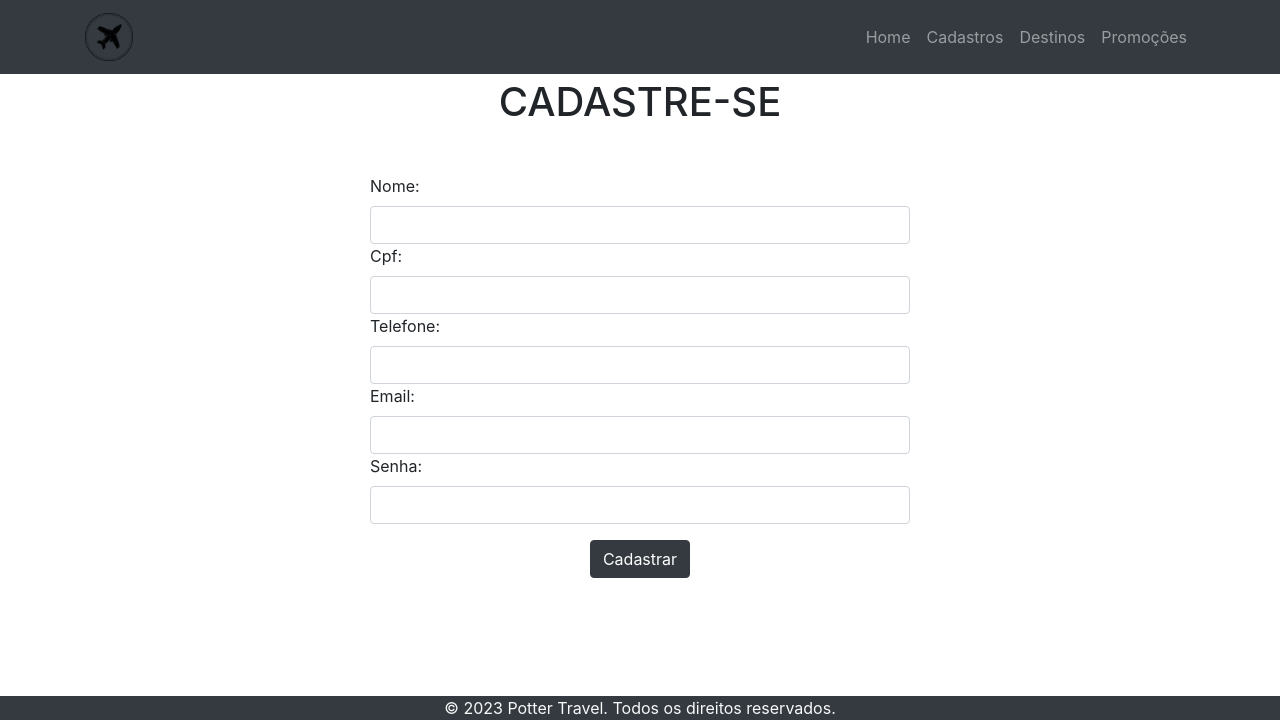
Repository: marcelledssantos/PotterTravel-MVC
Page: http://localhost/PotterTravel-MVC/cadastro.jsp
The author's editor kept a copy of each file at every save. The page is drawn from the files as they stood at one save, then again after the next save.
The browser window is 1280 px wide. The pictures show the whole page.
Some web libraries are served in a nearby version. The page is served by Tomcat 9.

Above is the page before, as saved 2023-11-03 00:03:27.

After the next save:
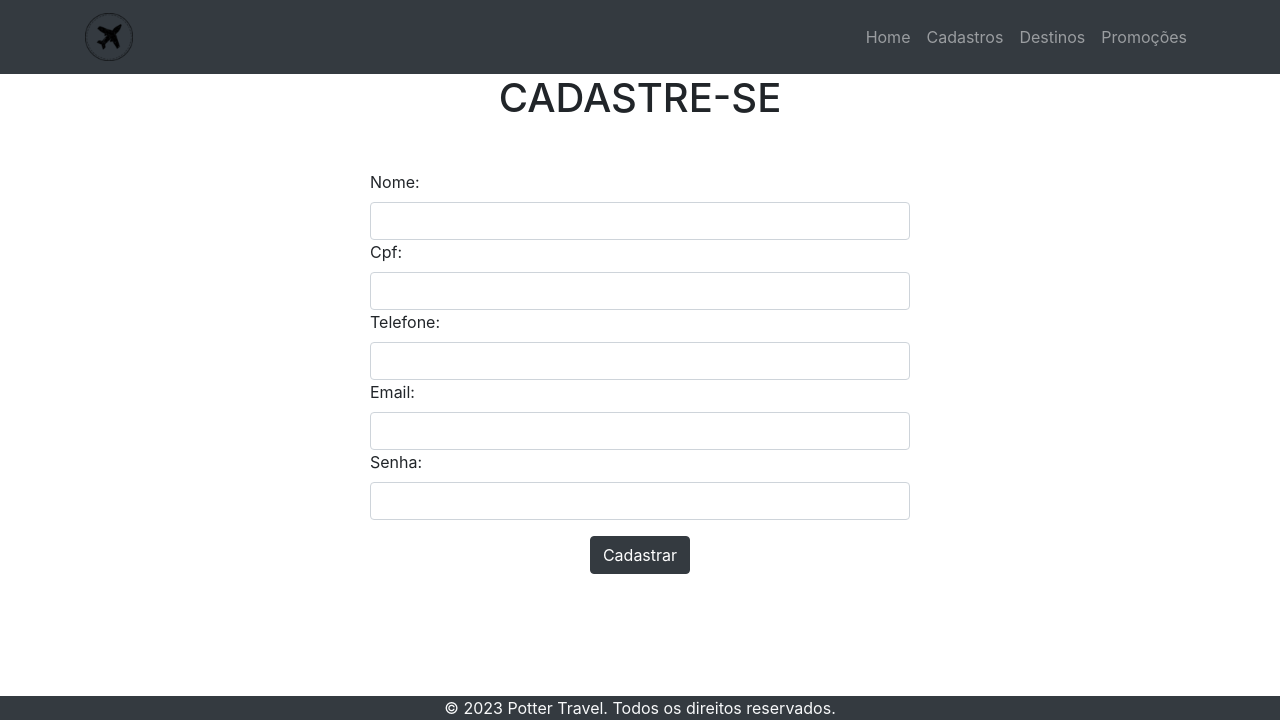
Saved 14 s later.
--- a/PotterTravel-MVC/src/main/webapp/cadastro.jsp
+++ b/PotterTravel-MVC/src/main/webapp/cadastro.jsp
@@ -38,7 +38,7 @@
 	<div class="container">
 		<div class="row justify-content-center">
 			<div class="col-md-6">
-				<h1 class="mt-1 text-center text-uppercase">Cadastre-se</h1>
+				<h1 class=" text-center text-uppercase">Cadastre-se</h1>
 				<form class="mt-5" action="CreateController" method="post">
 					<div class="form-group">
 
